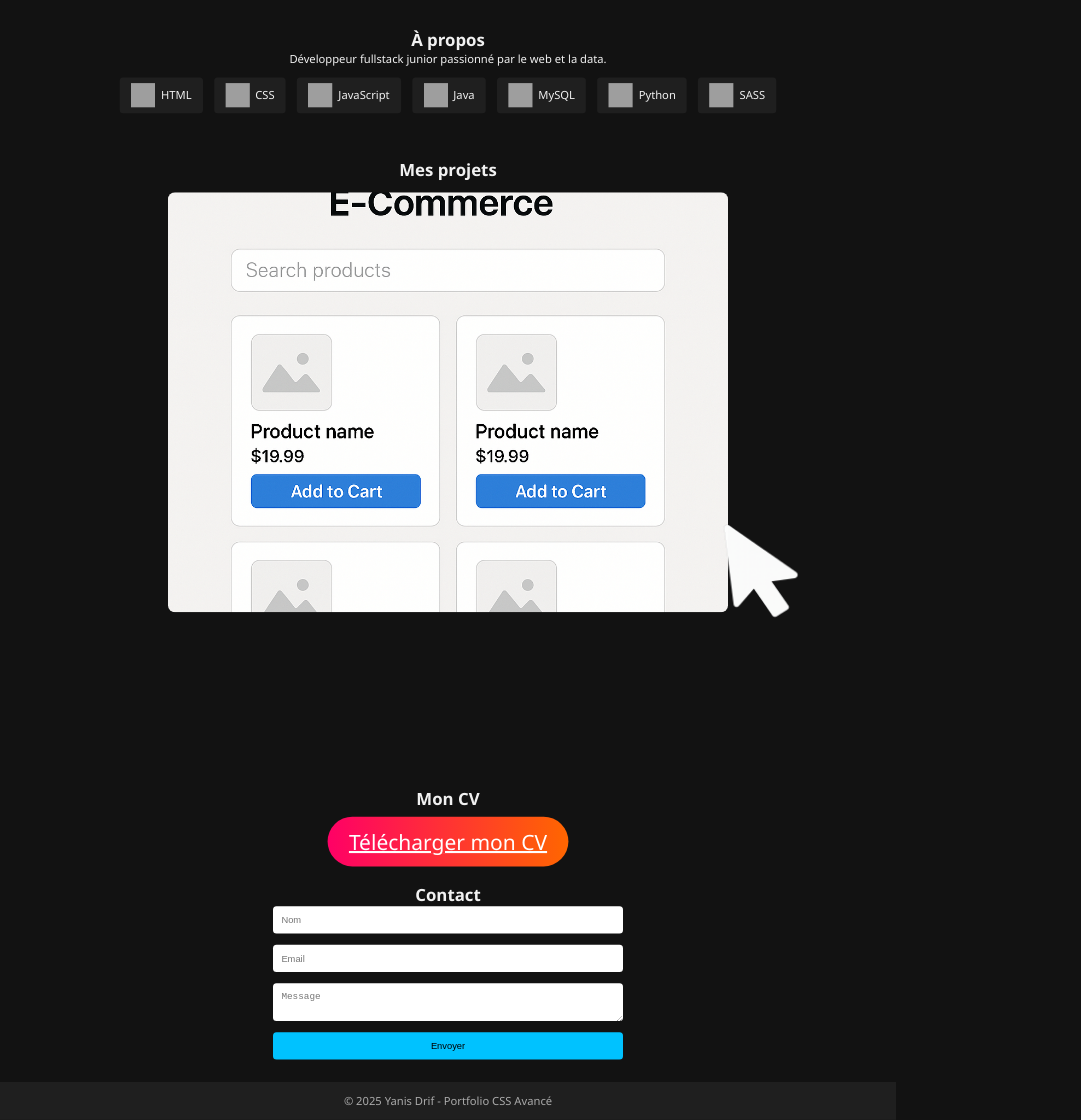
Repository: Yxniiss/ProjetCssAvance
Page: OneDrive/Bureau/Portfolio DrifYanis/home.html
These files come from the project's save history. The page is drawn as it stood at one moment and after the next save; the edit follows.
The browser window is 1280 px wide. The page is 1544 px wide, so the pictures cover 1544 px, including what lies to the right of the window. The pictures show the part of the page from y = 824 to 2424 px (the page is 2424 px tall), at 70% of full size.
Pictures or frames that could not be fetched are drawn as grey boxes.

Above is the page before, as saved 2025-04-10 11:38:03.
Console error: TypeError: Cannot set properties of null (setting 'textContent')

### OneDrive/Bureau/Portfolio DrifYanis/home.html
<!DOCTYPE html>
<html lang="fr">
<head>
  <meta charset="UTF-8" />
  <meta name="viewport" content="width=device-width, initial-scale=1.0" />
  <title>Portfolio - Yanis Drif</title>
  <link rel="stylesheet" href="/style.css" />
  <script defer src="/script.js"></script>
</head>
<body>
  <nav class="navbar">
    <div class="logo">Yanis Drif</div>
    <ul class="nav-links">
      <li><a href="#apropos">À propos</a></li>
      <li><a href="#projets">Projets</a></li>
      <li><a href="#cv">CV</a></li>
      <li><a href="#contact">Contact</a></li>
    </ul>
  </nav>

  <header class="hero">
    <img src="/image/IMG_0965 (2).jpeg" alt="Photo de profil" class="hero__image" />
    <div class="hero__content">
      <h1 class="hero__name">Yanis Drif</h1>
      <p class="hero__tagline">Développeur <span>Web</span> & Passionné de Data</p>
      <p class="hero__desc">Musique 🎧 | Jeux Vidéo 🎮 | Basket 🏀</p>
      <a href="#projets" class="btn">Voir mes projets</a>
    </div>
  </header>

  <section id="apropos" class="section about">
    <h2>À propos</h2>
    <p>Développeur fullstack junior passionné par le web et la data.</p>
    <div class="skills">
      <div class="skill"><img src="https://devicon-website.vercel.app/api/html5/original-wordmark.svg" alt="HTML">HTML</div>
      <div class="skill"><img src="https://devicon-website.vercel.app/api/css3/original-wordmark.svg" alt="CSS">CSS</div>
      <div class="skill"><img src="https://devicon-website.vercel.app/api/javascript/original.svg" alt="JavaScript">JavaScript</div>
      <div class="skill"><img src="https://devicon-website.vercel.app/api/java/original-wordmark.svg" alt="Java">Java</div>
      <div class="skill"><img src="https://devicon-website.vercel.app/api/mysql/plain-wordmark.svg" alt="MySQL">MySQL</div>
      <div class="skill"><img src="https://devicon-website.vercel.app/api/python/original-wordmark.svg" alt="Python">Python</div>
      <div class="skill"><img src="https://devicon-website.vercel.app/api/sass/original.svg" alt="SASS">SASS</div>
    </div>
  </section>

  <section id="projets" class="section projets">
    <h2>Mes projets</h2>
    <div class="projects carousel">
      <img src="image/ChatGPT Image 10 avr. 2025, 11_03_09.png" alt="Projet 1"/>
      <img src="/image/ChatGPT Image 10 avr. 2025, 11_09_31.png" alt="Projet 2" />
      <img src="/image/ChatGPT Image 10 avr. 2025, 11_11_38.png" alt="Projet 3" />
    </div>
    <div class="cursor2">
      <img src="/image/fecd8f8b-00be-49a2-b5b1-3fb5a8c2059e.png">
    </div>
  </section>

  <section id="cv" class="section cv">
    <h2>Mon CV</h2>
    <a href="/doc/CV Yanis (1) (1).pdf" download class="btn2">Télécharger mon CV</a>
  </section>

  <section id="contact" class="section contact">
    <h2>Contact</h2>
    <form class="contact-form">
      <input type="text" placeholder="Nom" required />
      <input type="email" placeholder="Email" required />
      <textarea placeholder="Message" required></textarea>
      <button type="submit">Envoyer</button>
    </form>
  </section>

  <footer>
    <p>&copy; 2025 Yanis Drif - Portfolio CSS Avancé</p>
  </footer>
</body>
</html>

### OneDrive/Bureau/Portfolio DrifYanis/style.css
* {
    margin: 0;
    padding: 0;
    box-sizing: border-box;
  }

  body {
    font-family: "Segoe UI", sans-serif;
    background-color: #121212;
    color: #f1f1f1;
  }


  .navbar {
    display: flex;
    justify-content: space-between;
    padding: 1rem 2rem;
    background-color: #1f1f1f;
  }

  .nav-links {
    display: flex;
    list-style: none;
    gap: 1.5rem;
  }

  .nav-links a {
    color: #00c2ff;
    text-decoration: none;
  }

  .hero {
    padding: 3rem 1rem;
    text-align: center;

  }

  .hero__name{
    position: relative;
    left: 280px;
    bottom:500px;

  }

  .hero__tagline{
    position: relative;
    left:280px;
    bottom:490px;
  }

  .hero__desc{
    position: relative;
    left:280px;
    bottom:490px;}

  .hero__image {
    border-radius: 25%;
    width: 400px;
    border: 1px solid #ffffff;
    margin-bottom: 1rem;
    position: relative;
    right:500px ;
  }

  .section {
    padding: 2rem 1rem;
    text-align: center;
  }

  .projects {
    display: flex;
    justify-content: center;
    gap: 1rem;
    flex-wrap: wrap;
    margin-top: 1rem;
  }

  .projects img {
    width: 800px;
    height: 600px;
    -o-object-fit: cover;
       object-fit: cover;
    border-radius: 10px;
  }

  .cursor2 img{
    width: 180px;
    position:relative;
    bottom:150px;
    left:450px;

  }

  .skills {
    display: flex;
    flex-wrap: wrap;
    gap: 1rem;
    justify-content: center;
    margin-top: 1rem;
  }

  .skill {
    display: flex;
    align-items: center;
    gap: 0.5rem;
    background-color: #1f1f1f;
    padding: 0.5rem 1rem;
    border-radius: 5px;
    transition: 0.3s ease, opacity 0.3s ease;
  }

  .skill:hover{
    transform: scale(1.2);
    opacity: 0.8;
  }

  .skill img {
    width: 35px;
    height: 35px;
  }

  footer {
    padding: 1rem;
    text-align: center;
    background-color: #1f1f1f;
    color: #aaa;
  }

  .btn {
    padding: 15px 30px;
    font-size: 30px;
    position: relative;
    left: 300px;
    bottom:150px;
    color:white;
    background: linear-gradient(90deg, #ff0066, #ff6600);
    border:none;
    border-radius: 50px;
    cursor: pointer;
    box-shadow: 0 4px 15px rgba(255,0,102,0);
    transition: box-shadow 0.3s ease, transform 0.3s ease;
  }

  .btn:hover{
    box-shadow: 0 10px 20px rgba(255,0,102,0.5);
    transform: translateY(-3px);
  }

  .btn2 {
    padding: 15px 30px;
    font-size: 30px;
    position: relative;
    left: 0px;
    top:25px;
    color:white;
    background: linear-gradient(90deg, #ff0066, #ff6600);
    border:none;
    border-radius: 50px;
    cursor: pointer;
    box-shadow: 0 4px 15px rgba(255,0,102,0);
    transition: box-shadow 0.3s ease, transform 0.3s ease;
  }

  .btn2:hover{
    box-shadow: 0 10px 20px rgba(255,0,102,0.5);
    transform: translateY(-3px);
  }


  .contact-form {
    max-width: 500px;
    margin: auto;
    display: flex;
    flex-direction: column;
    gap: 1rem;
  }

  .contact-form input,
  .contact-form textarea {
    padding: 0.75rem;
    border: none;
    border-radius: 5px;
  }

  .contact-form button {
    background-color: #00c2ff;
    color: #000;
    padding: 0.75rem;
    border: none;
    border-radius: 5px;
    cursor: pointer;
  }

  .start h1{
    text-align: left;
    margin-top: 100px;
    font-size: 35px;
    margin-left: 100px;
  }

  .start h2{
    text-align: left;
    margin-top: 1px;
    font-size: 70px;
    margin-left: 100px;
  }

  .start h3{
    text-align: left;
    margin-top: 1px;
    font-size: 35px;
    margin-left: 100px;
  }

  #mot {
    color:#00c2ff;
  }

  #cursor{
    display: inline-block;
    width: 10px;
    background-color:black;
    animation: blink 0.8s step-end infinite;
  }

  @keyframes blink{
    50% {
      opacity: 0;
    }
  }

  @keyframes typing{
    from{
      width: 0;
    }
    to{
      width: 100%;
    }
  }

  #main{
    opacity: 0;
    transform: translateY(0);
    transition: opacity 5s ease, transform 5s ease;
  }

  body.loaded #main{
    opacity: 1;
    transform: translateY(0);
  }


  .start p{
    text-align: left;
    margin-left: 100px;
    margin-top: 20px;
    font-size: 20px;
  }

  .ntwrks {
    position: absolute;
    top: 410px;
    left: 110px;
    display: flex;
    flex-wrap: wrap;
    gap: 1rem;
  }

  .ntwrk {
    display: flex;
    align-items: center;
    gap: 0.5rem;
    background-color: #1f1f1f;
    padding: 1rem 1rem;
    border-radius: 100px;
    transition: 0.3s ease, opacity 0.3s ease;
  }

  .ntwrk:hover{
    transform: scale(1.2);
    opacity: 0.8;
  }

  .ntwrk img {
    width: 30px;
    height: 30px;
  }

  .modern-button{
    background-color:#00c2ff;
    font-size: 16px;
    font-weight: bold;
    border:none;
    padding: 15px 30px;
    border-radius: 25px;
    cursor: pointer;
    outline: none;
    position: relative;
    right:550px;
    top:120px;
    animation:glow 1.5s infinite alternate;
    transition: 0.3s ease, opacity 0.3s ease;
  }

  .modern-button a{
    color:white;
    text-decoration: none;
  }

  .modern-button:hover{
    transform: scale(1.2);
    opacity: 1;
  }

  @keyframes glow{
    0%{
      box-shadow: 0 0 10px 5px rgba(0, 194, 255, 0.6), 0 0 20px 10px rgba(0, 194, 255, 0.4);
    }
    100%{
      box-shadow: 0 0 20px 10px rgba(0, 194, 255, 1), 0 0 30px 15px rgba(0, 194, 255, 0.8);
    }
  }

  .image{
    max-width: 30%;
    position: relative;
    bottom: 350px;
    left: 350px;
  }

### OneDrive/Bureau/Portfolio DrifYanis/script.js

document.addEventListener('DOMContentLoaded', () => {
    // Scroll fluide
    document.querySelectorAll('a[href^="#"]').forEach(anchor => {
      anchor.addEventListener('click', function (e) {
        e.preventDefault();
        const target = document.querySelector(this.getAttribute('href'));
        if (target) {
          target.scrollIntoView({ behavior: 'smooth' });
        }
      });
    });

    // Carrousel automatique
    const images = document.querySelectorAll('.carousel img');
    let currentIndex = 0;

    function showSlide(index) {
      images.forEach((img, i) => {
        img.style.display = i === index ? 'block' : 'none';
      });
    }

    function nextSlide() {
      currentIndex = (currentIndex + 1) % images.length;
      showSlide(currentIndex);
    }

    if (images.length > 0) {
      showSlide(currentIndex);
      setInterval(nextSlide, 3000); // change every 3 seconds
    }
  });

  const mot = ["Etudiant", "Developpeur web", "Pasionné de code","Developpeur fullstack"];
  let index = 0;
  const element = document.getElementById("mot");
  const cursor = document.getElementById("cursor");

  let typingInterval;
  let currentWord = "";
  let currentCharIndex = 0;

  function  commencerTypingAnimation(){
    currentWord=mot[index];
    currentCharIndex = 0;
    element.textContent = '';

    typingInterval = setInterval(() =>{
      element.textContent += currentWord.charAt(currentCharIndex);
      currentCharIndex++;

      if(currentCharIndex === currentWord.length){
        clearInterval(typingInterval);
        setTimeout(changerMot,1000);
      }
    },150);
  }

  function changerMot(){
    element.textContent=mot[index];
    index++;
    if(index===mot.length){
      index=0;
    }
    commencerTypingAnimation();
  }
  commencerTypingAnimation();

  window.addEventListener('load', function () {
    document.body.classList.add('loaded');
  });

After the next save:
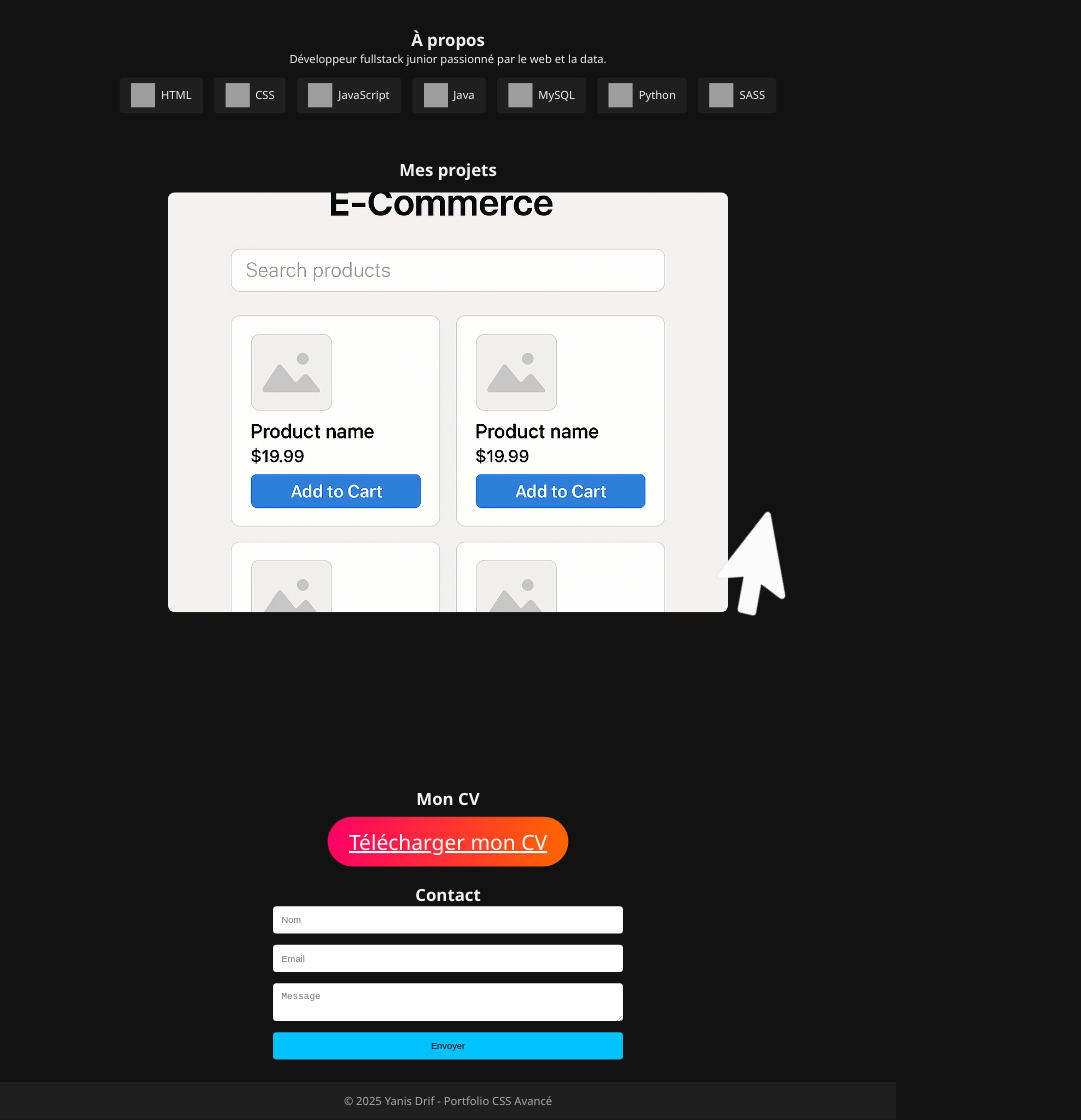
Saved 48 s later.
--- a/OneDrive/Bureau/Portfolio DrifYanis/style.css
+++ b/OneDrive/Bureau/Portfolio DrifYanis/style.css
@@ -88,6 +88,7 @@
     position:relative;
     bottom:150px;
     left:450px;
+    transform: rotate(45deg);
 
   }
 

After the save that followed:
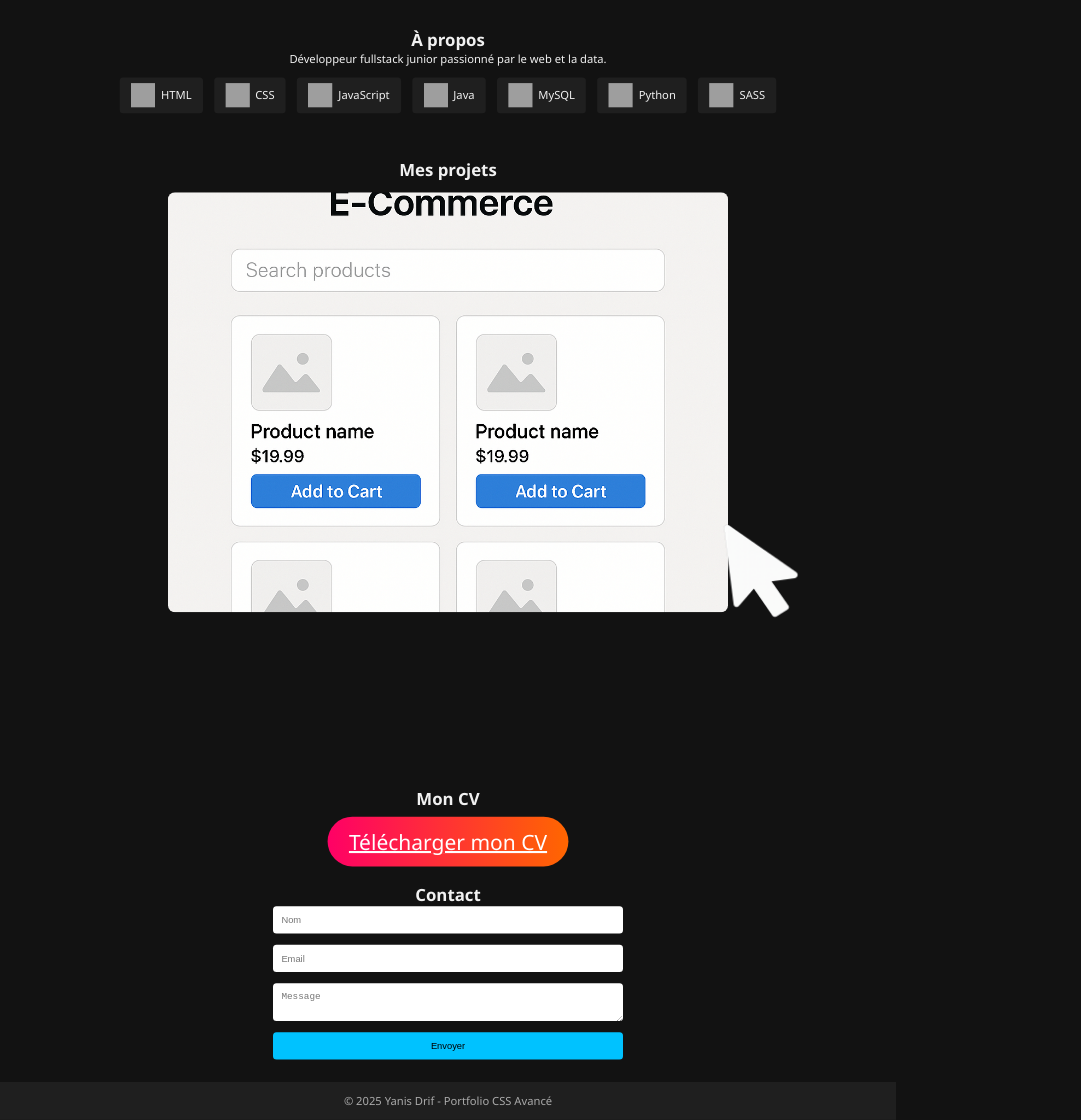
Saved 5 s later.
--- a/OneDrive/Bureau/Portfolio DrifYanis/style.css
+++ b/OneDrive/Bureau/Portfolio DrifYanis/style.css
@@ -88,7 +88,7 @@
     position:relative;
     bottom:150px;
     left:450px;
-    transform: rotate(45deg);
+    transform: rotate(0deg);
 
   }
 
